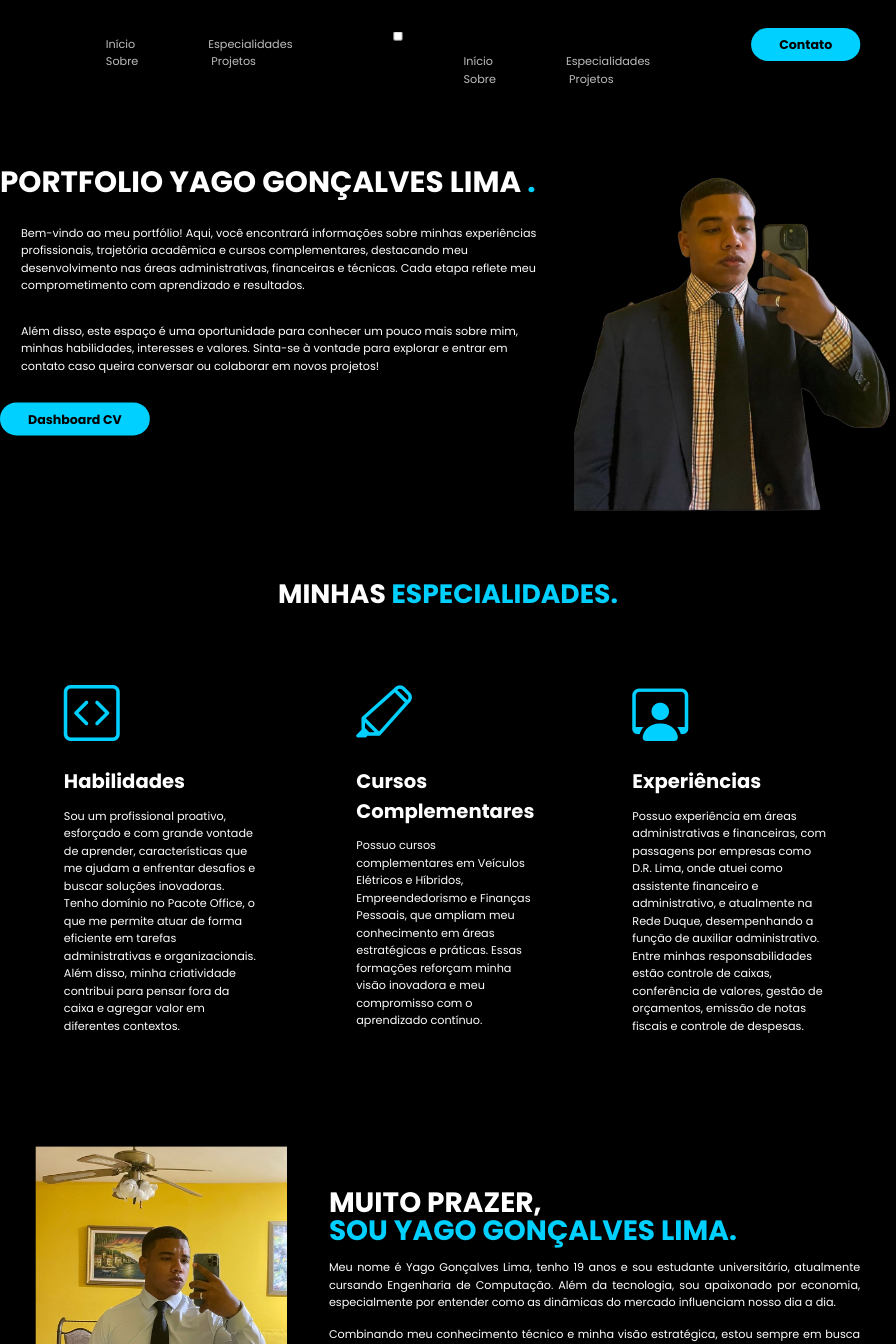
Repository: yagolima1511/Portfolio
Page: index.html
An editor plug-in stored every save of this project. The page is shown before and after a run of saves, followed by the edit.
The browser window is 1280 px wide. The pictures show the part of the page from y = 0 to 1920 px (the page is 3549 px tall before and 3552 px after), at 70% of full size.

Above is the page before, as saved 2025-03-03 21:13:26.

### index.html
<!DOCTYPE html>
<html lang="pt-br">
<head>
    <meta charset="UTF-8">
    <meta name="viewport" content="width=device-width, initial-scale=1.0">
    <link rel="preconnect" href="https://fonts.googleapis.com">
<link rel="preconnect" href="https://fonts.gstatic.com" crossorigin>
<link href="https://fonts.googleapis.com/css2?family=Cabin:ital,wght@0,400..700;1,400..700&family=Poppins:ital,wght@0,100;0,200;0,300;0,400;0,500;0,600;0,700;0,800;0,900;1,100;1,200;1,300;1,400;1,500;1,600;1,700;1,800;1,900&display=swap" rel="stylesheet">
<link rel="stylesheet" href="https://cdn.jsdelivr.net/npm/bootstrap-icons@1.11.3/font/bootstrap-icons.min.css">
    <link rel="stylesheet" href="style.css">
    <link rel="icon" href="imagens.portifolio/logo_yago_sem_fundo.png">
    <title>Yago Gonçalves Lima</title>
</head>
<body>

    <header>
        <div class="interface">
             <nav>
                <nav class="menu-desktop">
                    <ul>
                        <li><a href="#início">Início</a></li>
                        <li><a href="#especialidades">Especialidades</a></li>
                        <li><a href="#sobre">Sobre</a></li>
                        <li><a href="#projetos">Projetos</a></li>
                    </ul>
                </nav>
             </nav>
             <!-- MENU MOBILE-->
              <div class="menu-mobile">
                <input type="checkbox" id="menu-toggle">
                <label for="menu-toggle" class="menu-btn">
                    <i class="bi bi-list"></i>
                </label>
                <nav class="mobiel-nav">
                    <ul>
                          <li><a href="#início">Início</a></li>
                        <li><a href="#especialidades">Especialidades</a></li>
                        <li><a href="#sobre">Sobre</a></li>
                        <li><a href="#projetos">Projetos</a></li>
                    </ul>

                    <div class="btn-contato">
                        <a href="https://api.whatsapp.com/send?phone=5511951423405">

                        </a>"
                    </div>


                    </ul>
                </nav>
              </div>

             <div class="btn-contato">
                <a href="https://api.whatsapp.com/send?phone=5511951423405">
                    <button>Contato</button>
                </a>
             </div>
        </div><!--INTERFACE-->
    </header>

    <main>
        <section id="início">
        <section class="topo-do-site">
            <div class="interface">
                <div class="flex">
                    <div class="txt-topo-site">
                       <h1>PORTFOLIO YAGO GONÇALVES LIMA <span>.</span></h1>
                       <p>Bem-vindo ao meu portfólio! Aqui, você encontrará informações sobre minhas experiências profissionais, trajetória acadêmica e cursos complementares, destacando meu desenvolvimento nas áreas administrativas, financeiras e técnicas. Cada etapa reflete meu comprometimento com aprendizado e resultados.</p>
                       <p>Além disso, este espaço é uma oportunidade para conhecer um pouco mais sobre mim, minhas habilidades, interesses e valores. Sinta-se à vontade para explorar e entrar em contato caso queira conversar ou colaborar em novos projetos!</p>

                       <div class="btn-contato">
                        <a href="https://www.canva.com/design/DAGZft-klJw/L4ZIEv-Um3k0rW6E9iZL9g/edit?utm_content=DAGZft-klJw&utm_campaign=designshare&utm_medium=link2&utm_source=sharebutton">
                            <button>Dashboard CV</button>
                        </a>
                       </div>
                    </div>
                    <div class="img-topo-site">
                        <img id="img-home" src="imagens.portifolio/yago sem fundo.png" alt="" class="tamanho-fixo">

                    </div>
                </div>
            </div>
        </section>
    </section>
        <section id="especialidades">

        <section class="especialidades">
            <div class="interface">
                <h2 class="titulo">MINHAS <span>ESPECIALIDADES.</span></h2>
                <div class="flex">
                     <div class="especialidades-box">
                     <i class="bi bi-code-square"></i>
                     <h3>Habilidades</h3>
                     <p>Sou um profissional proativo, esforçado e com grande vontade de aprender, características que me ajudam a enfrentar desafios e buscar soluções inovadoras. Tenho domínio no Pacote Office, o que me permite atuar de forma eficiente em tarefas administrativas e organizacionais. Além disso, minha criatividade contribui para pensar fora da caixa e agregar valor em diferentes contextos.</p>
                </div>


                     <div class="especialidades-box">
                        <i class="bi bi-highlighter"></i>
                     <h3>Cursos Complementares</h3>
                     <p>Possuo cursos complementares em Veículos Elétricos e Híbridos, Empreendedorismo e Finanças Pessoais, que ampliam meu conhecimento em áreas estratégicas e práticas. Essas formações reforçam minha visão inovadora e meu compromisso com o aprendizado contínuo.</p>
                </div>

                     <div class="especialidades-box">
                        <i class="bi bi-person-workspace"></i>
                     <h3>Experiências</h3>
                     <p>Possuo experiência em áreas administrativas e financeiras, com passagens por empresas como D.R. Lima, onde atuei como assistente financeiro e administrativo, e atualmente na Rede Duque, desempenhando a função de auxiliar administrativo. Entre minhas responsabilidades estão controle de caixas, conferência de valores, gestão de orçamentos, emissão de notas fiscais e controle de despesas.
                    </p>
                </div>
            </div>
        </section>
    </section>
             <section id="sobre">
                    <section class="sobre">
                        <div class="interface">
                            <div class="flex">
                                <div class="img-sobre">
                                    <img src="imagens.portifolio/camisa gravata.jpeg" alt="" class="tamanho-fixo">
                                </div>
                                <div class="txt-sobre">
                                      <h2>MUITO PRAZER,<span> SOU YAGO GONÇALVES LIMA.</span> </h2>
                                          <p>Meu nome é Yago Gonçalves Lima, tenho 19 anos e sou estudante universitário, atualmente cursando Engenharia de Computação. Além da tecnologia, sou apaixonado por economia, especialmente por entender como as dinâmicas do mercado influenciam nosso dia a dia.</p>
                                          <p>Combinando meu conhecimento técnico e minha visão estratégica, estou sempre em busca de oportunidades para criar soluções inovadoras e gerar impacto real. Adoro desafios e acredito que o futuro pertence a quem está disposto a aprender e empreender!</p>
                                          <div class="btn-social">

                                                <a href="https://api.whatsapp.com/send?phone=5511951423405"><button><i class="bi bi-whatsapp"></i></button></a>
                                                <a href="https://www.linkedin.com/in/yago-lima-50758a299?utm_source=share&utm_campaign=share_via&utm_content=profile&utm_medium=ios_app"><button><i class="bi bi-linkedin"></i></button></a>

                                          </div>
                                </div>

                            </div>
                        </div>
                    </section>
                </section>
                    <section id="projetos">

                    <section class="projetos">
                        <div class="interface">
                            <h2><h2 class="titulo">PROJETO <span>DESENVOLVIDO.</span></h2></h2>

                           <div class="flex">
                            <div class="img-proj" style="background-image: url(imagens.portifolio/WhatsApp\ Image\ 2024-12-10\ at\ 22.25.13.jpeg);">
                                <div class="overlay">Projeto AlphaTec</div>
                            </div>
                            <div class="img-proj" style="background-image: url(imagens.portifolio/WhatsApp\ Image\ 2024-12-10\ at\ 22.20.26.jpeg);">
                                <div class="overlay">Projeto AlphaTec</div>
                            </div>
                            <div class="img-proj" style="background-image: url(imagens.portifolio/WhatsApp\ Image\ 2024-12-10\ at\ 22.20.24.jpeg);">
                                <div class="overlay">Projeto AlphaTec</div>

                            </div>
                           </div>
                        </div>

                        <section class="projeto">
                            <div class="interface">
                                <div class="flex">
                        <div class="txt-paragrafo-projeto">
                                <p>Juntamente com meus colegas de faculdade, desenvolvemos o Projeto AlphaTec. O projeto do carrinho autônomo com Arduino é uma aplicação simples de robótica, onde o objetivo principal é criar um veículo que detecte obstáculos e mude de direção automaticamente usando um sensor ultrassônico. Aqui está uma explicação didática e direta sobre os principais componentes e funcionamento:</p>

                        </div> <!--txt-->
                    </div>
                            </div><!--INTERFACE-->



                     </section>


                     <ul>
                        <li>
                            Arduino: É o "cérebro" do carrinho, responsável por processar as informações do sensor ultrassônico e controlar os motores.
                        <li>

                                Sensor Ultrassônico (HC-SR04): Detecta obstáculos à frente, medindo a distância usando ondas sonoras.
                            </li>
                            <li>
                                Motores e Ponte H (L298N): Movem o carrinho e permitem controlar o sentido de rotação (para frente, para trás ou virar).
                            </li>
                            <li>
                                Baterias/Pilhas: Alimentam o Arduino e os motores.
                            </li>
                            <li>
                                Estrutura do Carrinho: Uma base com rodas onde os componentes são fixados
                            </li>
                        </ul>

                    </section>
                </section>


    </main>
    <footer>
        <div class="interface">
            <div class="line-footer">
                <div class="flex">
                <div class="btn-social">

                    <a href="https://api.whatsapp.com/send?phone=5511951423405"><button><i class="bi bi-whatsapp"></i></button></a>
                    <a href="https://www.linkedin.com/in/yago-lima-50758a299?utm_source=share&utm_campaign=share_via&utm_content=profile&utm_medium=ios_app"><button><i class="bi bi-linkedin"></i></button></a>

              </div>
            </div>
            </div>
                <div class="line-footer borda">
                    <p><i class="bi bi-envelope-fill"></i> <a href="mailto:goncalveslima2005@gmail.com">goncalveslima2005@gmail.com</a></p>

            </div>

        </div>
    </footer>
</body>
</html>

### style.css
/*ESTILO GERAL*/
html {
    scroll-behavior: smooth;
}

*{
    margin: 0;
    padding: 0;
    box-sizing: 0;
    font-family: "Poppins", serif;
}

body{
    background-color: black;
    height: 100vh;
}

.interface{
    max-width: 1280px;
    margin: 0 auto;
}

.flex{
    display: flex;
}

.btn-contato button{
    padding: 10px 40px;
    font-size: 18px;
    font-weight: 700;
    background-color: #00d0ff;
    border: 0;
    border-radius: 30px;
    cursor: pointer;
    transition: .2s;
}

h2.titulo{
    color: white;
    font-size: 38px;
    text-align: center;
}

h2.titulo span{
    color: #00d0ff;
}

 button:hover{
    box-shadow: 0px 0px 8px #00d0ff;
    transform: scale(1.05);
}

/* ESTILO DO CABEÇALHO */
header{
    padding: 40px 4%;
}

header > .interface{
    display: flex;
    align-items: left;
    justify-content: space-between;
}

header a{
    color: #7d7d7d;
    text-decoration: none;
    display: inline-block;
    transition: .2s;
}

header a:hover{
    color:#fff;
    transform: scale(1.05);
}

header nav ul{
    list-style-type: none;
}

header nav ul li{
    display: inline-block;
    padding: 0 50px;
}

/* ESTILO DO TOPO DO SITE */
section.topo-do-site{
    padding: 40px 0%;
}

section.top-do-site.flex{
    align-items: center;
    justify-content: center;
    gap: 90px;
}

.topo-do-site h1{
    color: white;
    font-size: 42px;
    line-height: 40px;
}

.txt-topo-site span{
    color: #00d0ff;
}

.topo-do-site .txt-topo-site p{
    color: white;
    margin: 40px 30px;

}

.topo-do-site .img-topo-site img{
    position: relative;
    animation: flutuar 2s ease-in-out infinite alternate;
}

@keyframes flutuar{
    0%{
        top: 0;
    }
    100%{
        top: 30px;
    }
}

/* ESPECIALIDADES */
section.especialidades{
    padding: 40px 4%;
}

section.especialidades .flex{
    gap: 60px;
}

.especialidades .especialidades-box{
    color: white;
    padding: 40px;
    border-radius: 20px;
    margin-top: 45px;
    transition: .2s;
}

.especialidades .especialidades-box:hover{
    transform: scale(1.05);
    box-shadow: 0 0 8px #ffffff78;
}

.especialidades .especialidades-box i{
    font-size: 80px;
    color: #00d0ff;
}

.especialidades .especialidades-box h3{
   font-size: 28px;
   margin: 15px 0;
}

/* ESTILO SOBRE */
section.sobre{
    padding: 80px 4%;
}

section.sobre .flex{
    align-items: center;
    gap: 60px;
}

.sobre .txt-sobre{
    color: white;
    line-height: 40px;
    margin-bottom: 30px;
}

.sobre .txt-sobre h2{
    font-size: 40px;
}

.sobre .txt-sobre h2 span{
    color: #00d0ff;
    display: block;
}

.sobre .txt-sobre p{
     margin: 20px 0;
     text-align: justify;
     line-height: 25px;
}

 .btn-social button{
     width: 60px;
     height: 60px;
     border-radius: 50%;
     border: none;
     background-color: #00d0ff;
     font-size: 22px;
     cursor: pointer;
     margin: 0 5px;
     transition: 2.s;
}

/* ESTILO DO PORTIFÓLIO */
section.projetos{
     padding: 80px 4%;
     box-shadow: 0 0 40px 10px rgba(255, 255, 255, 0.107);
}

section.projetos .flex{
    justify-content: space-around;
    margin-top: 60px;
}

.img-proj{
    width: 360px;
    height: 460px;
    background-size: cover;
    background-position: 100% 0%;
    transition: 1s;
    cursor: pointer;
    border-radius: 40px;  /* DEIXA A FOTO C ASA BORDAS REDONDAS */
    position: relative;
}

.img-proj:hover{
    background-position: 100% 100%;
}


.overlay{
    position: absolute;
    top: 0;
    left: 0;
    width: 100%;
    height: 100%;
    background-color: #010d01c3;
    border-radius: 40px;
    display: flex;
    align-items: center;
    justify-content: center;
    font-size: 24px;
    font-weight: 600;
    color: white;
    opacity: 0;
    transition: .5s;
}

.overlay:hover{
    opacity: 1;
}

.txt-paragrafo-projeto p{
    color: white;
    margin-bottom: 20px;
}

ul{
    list-style-position: inside;
    color: white;
    padding: 10px 50px;
}

/* ESTILO DO RODAPÉ */

footer{
    padding: 60px 4%;
    box-shadow: 0 0 40px 10px rgba(255, 255, 255, 0.090);
}

footer .flex{
    justify-content: space-between;
}

footer .line-footer{
    padding: 20px 0;
}

.borda{
    border-top: 2px solid #00d0ff;
}

footer .line-footer p i{
    color: #00d0ff;
    font-size: 22px;
}

footer .line-footer p a{
    color: white;
}

footer .line-footer p{
    text-align: right;
}



@media screen and (max-width: 1041.60px){
    /*classes gerais*/

    .flex{
        flex-direction: column-reverse;
    }

    h2.titulo{
        font-size: 34px;
        line-height: 40px;
    }

    /*cabeçalho*/
    .menu-desktop, .btn-contato{
        display: none;
    }

    .img-topo-site {
        display: none;
    }

    .txt-topo-site h1{
        margin: 7px;
        text-align: center;
        font-size: 35px;
    }

    /*topo do site*/

    section.top-do-site .flex{
        gap: 40px;

    section.topo-do-site{
        padding: 20px 8%;
    }


    .topo-do-site h1{
        font-size: 30px;
    }


    .topo-do-site .img-topo-site img{
        width: 100%;

    }
}
    /* ESPECIALIDADES */
section.especialidades{
    padding: 40px 8%;
    flex-direction: column;
}
/* SOBRE */
section.sobre{
    padding: 80px 8%;
}
.sobre .txt-sobre h2{
    font-size: 35px;
    line-height: 35px;
    text-align: center;
}
.btn-social{
    text-align: center;
}

.img-sobre img{
    width: 100%;
}

/* PROJETO*/
section.projetos{
    padding: 80px 8%;
}
.img-proj{
    width: 100%;
    max-width: 360px;
    margin: 0 auto;

}

section.projetos .flex{
   gap: 60px;
}
footer .flex{
    flex-direction: column;
}

footer .line-footer p{
    text-align: center;
}


}

.tamanho-fixo{


    height: 492px;
}

header a {
    color: #bdbdbd;
    text-decoration: none;
    display: inline-block;
    transition: .2s;
}

After the next 2 saves:
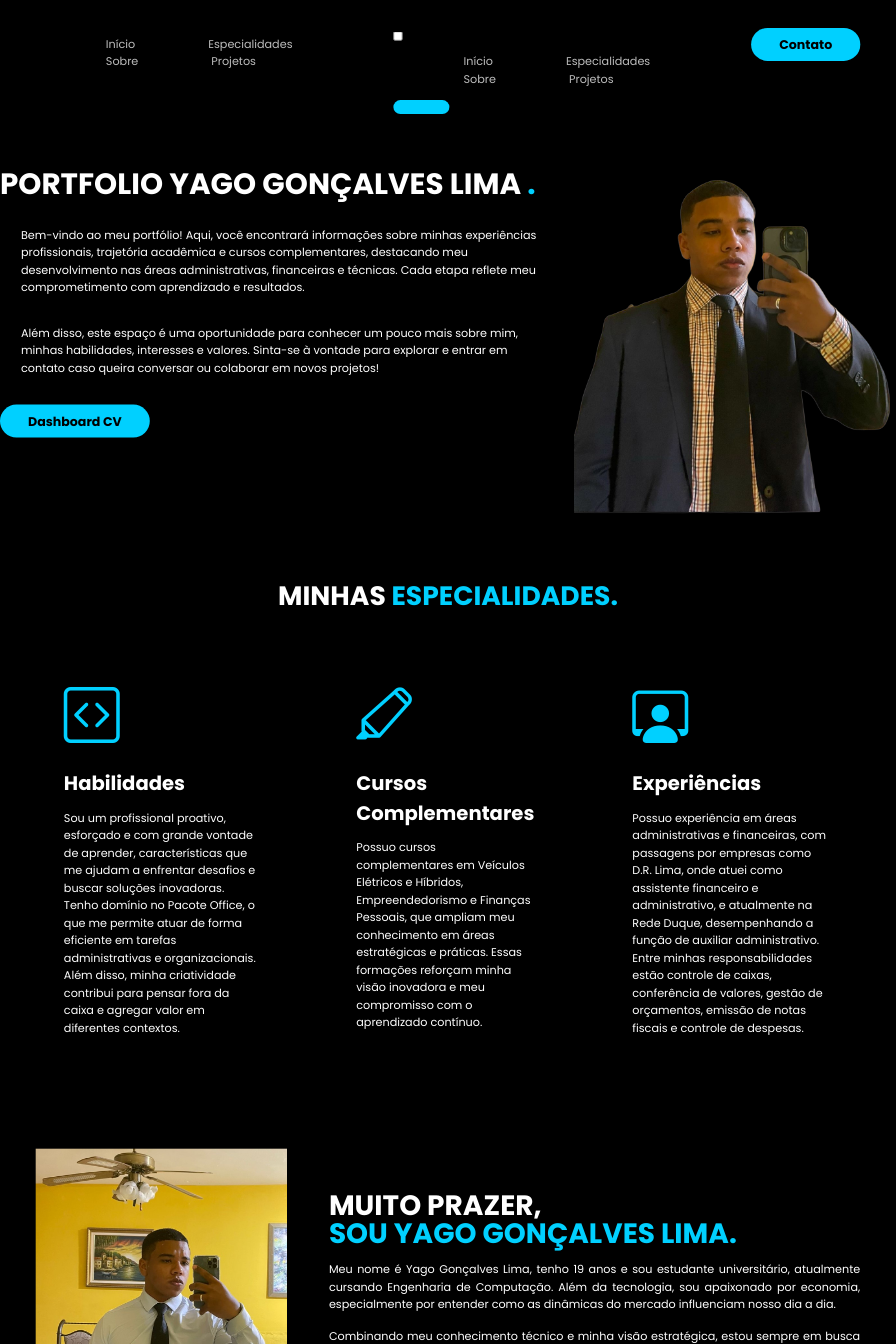
The 2 saves are shown as one change because they came seconds apart.
The last was saved 8 s later.
--- a/index.html
+++ b/index.html
@@ -41,7 +41,7 @@
 
                     <div class="btn-contato">
                         <a href="https://api.whatsapp.com/send?phone=5511951423405">
-
+                            <Button></Button>
                         </a>"
                     </div>
 
